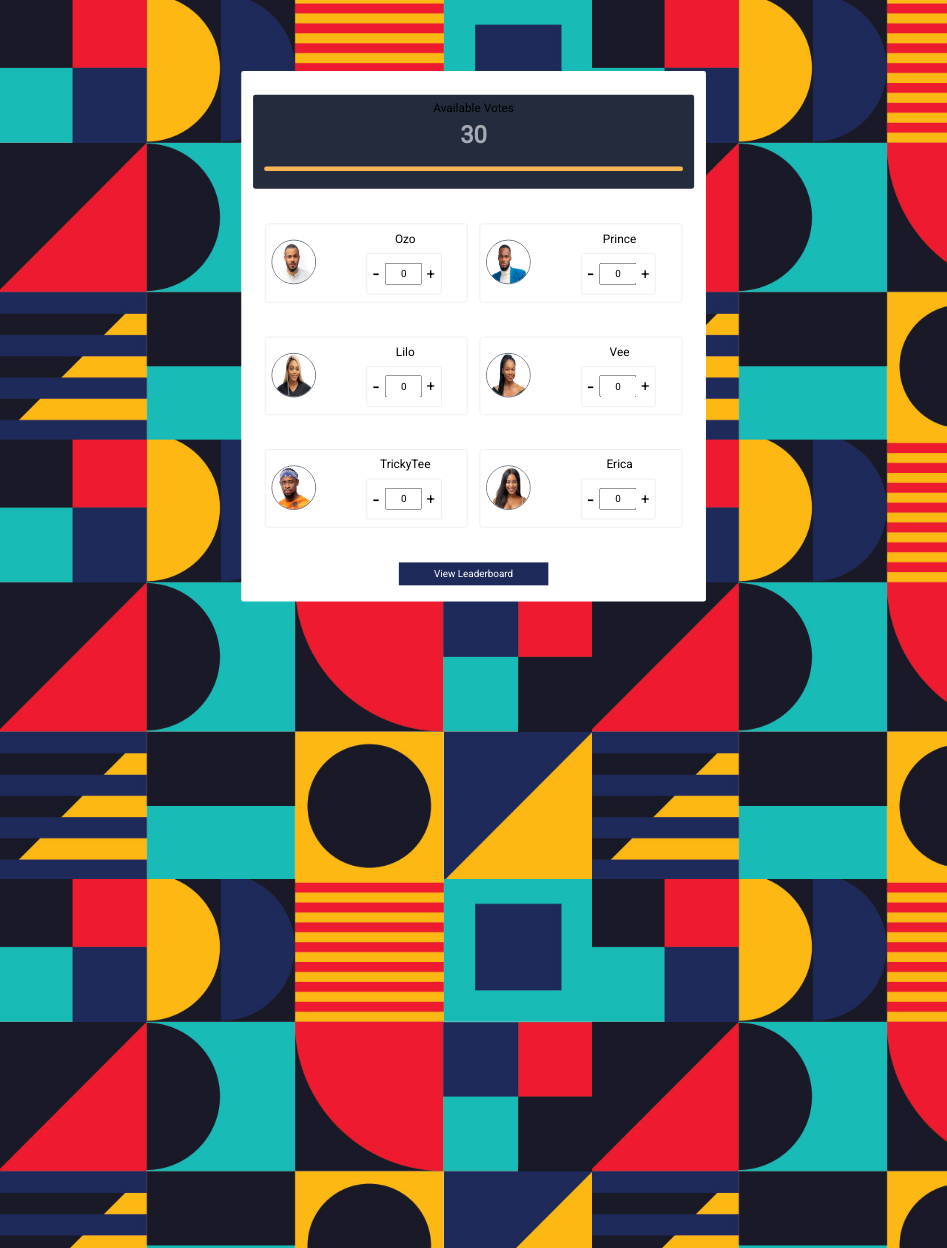
Repository: Eredun/bbn-voting
Page: index.html
An editor plug-in stored every save of this project. The page is shown before and after the next save, followed by the edit.
The browser window is 1280 px wide. The pictures show the whole page, at 74% of full size.

Above is the page before, as saved 2020-08-22 10:01:52.

After the next save:
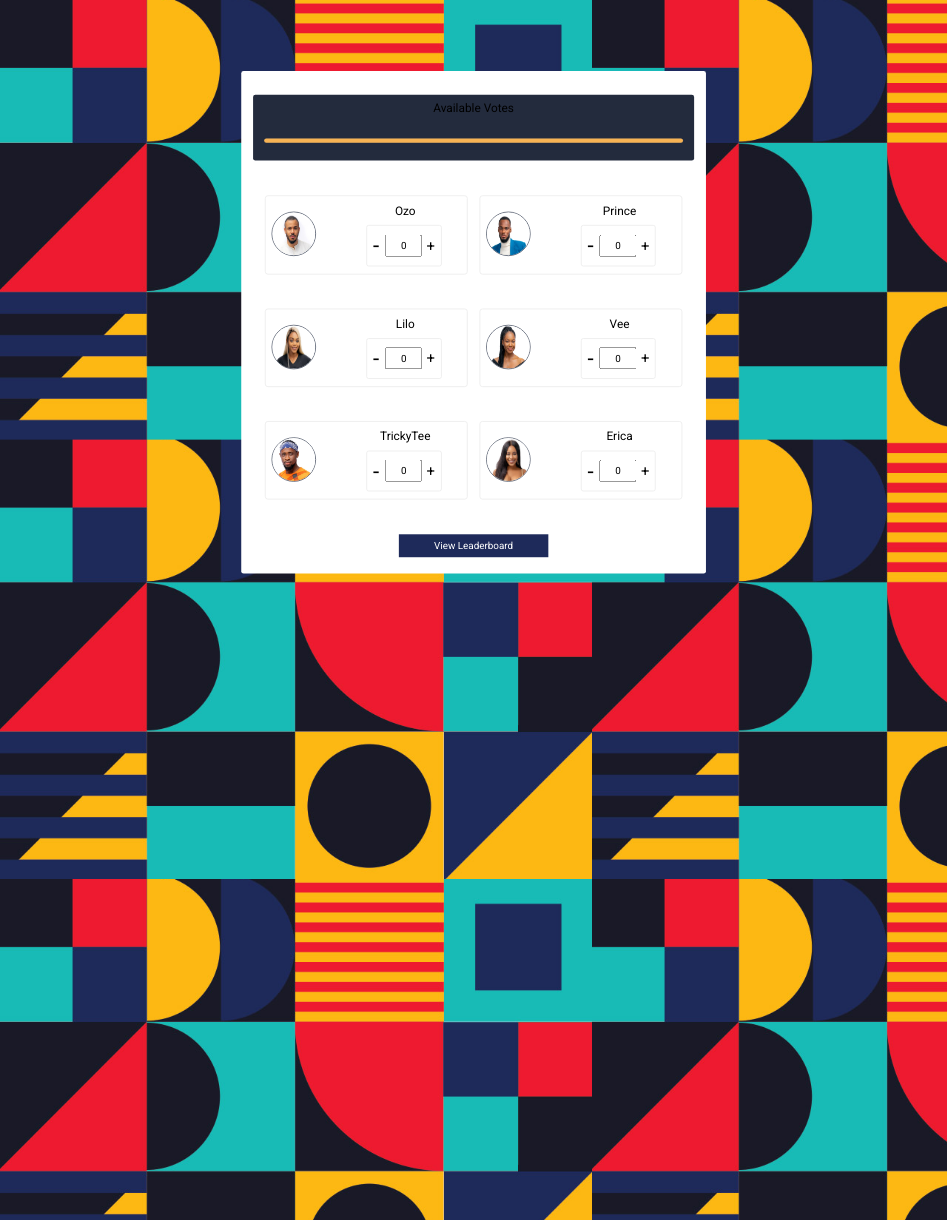
Console error: SyntaxError: Unexpected token ')'
Saved 10 min 2 s later.
--- a/app.js
+++ b/app.js
@@ -1,3 +1,5 @@
+const getContestant = ()
+
 let housemates = [
   {
     name: 'Ozo',

After the 2 saves that followed:
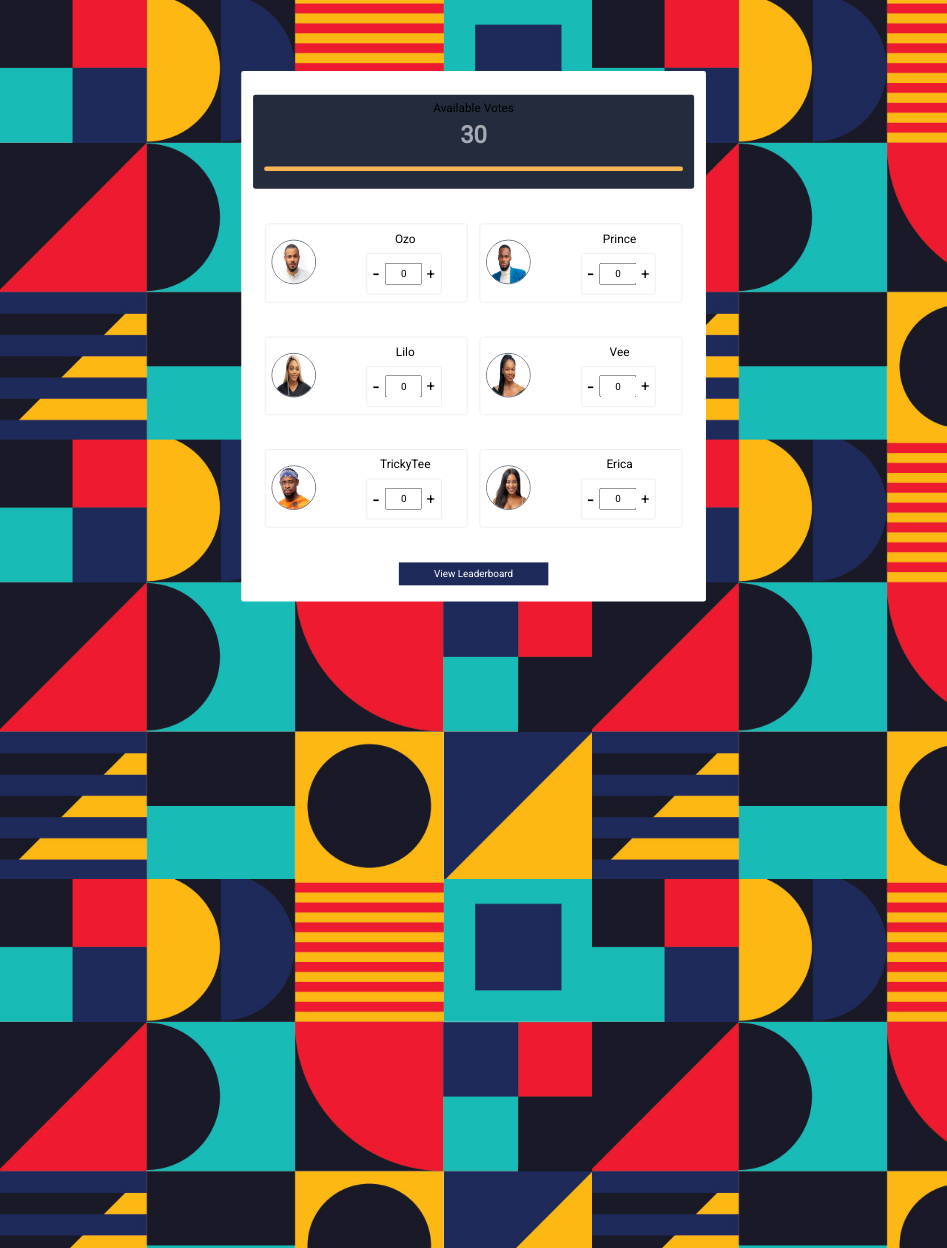
The error is gone.
The 2 saves are shown as one change because 1 left the picture as it was.
The last was saved 4 min 44 s later.
--- a/app.js
+++ b/app.js
@@ -1,4 +1,18 @@
-const getContestant = ()
+
+
+const getContestants = () => {
+  const strHousemates = localStorage.getItem('housemates');
+
+  if (!strHousemates) {
+    return [];
+  } else {
+    return JSON.parse(strHousemates);
+  }
+}
+const newContestants = getContestants();
+
+console.log(newContestants)
+
 
 let housemates = [
   {
